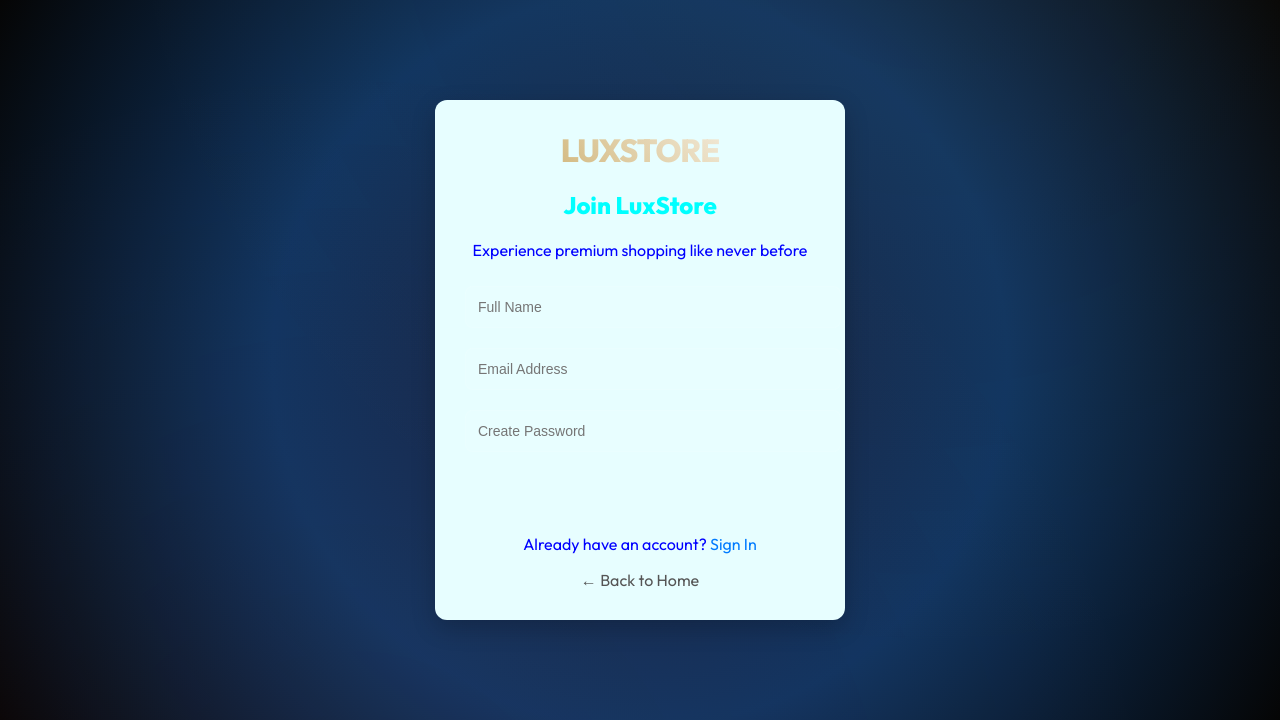
Repository: pradeepkumarh-17/Ecommerce
Page: http://localhost/EcomStore/views/auth/register.jsp
These files come from the project's save history. The page is drawn as it stood at one moment and after the next save; the edit follows.
The browser window is 1280 px wide. The pictures show the whole page.
Some web libraries are served in a nearby version. The page is served by Tomcat 10.

Above is the page before, as saved 2026-05-03 08:04:29.

After the next save:
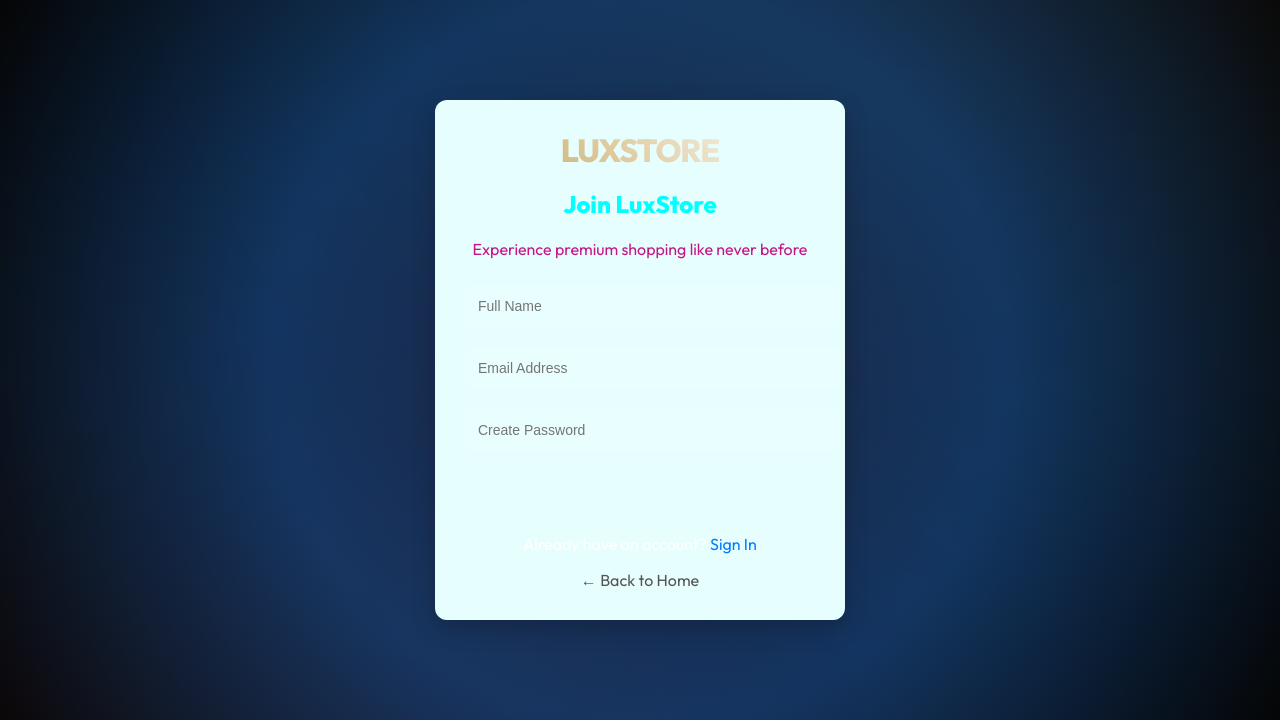
Saved 100 s later.
--- a/EcomStore/src/main/webapp/assets/css/auth.css
+++ b/EcomStore/src/main/webapp/assets/css/auth.css
@@ -68,7 +68,8 @@ body {
 }
 
 /* SWITCH LINK */
-.switch {
+.switch p{
+	color: #007bff;
     margin-top: 15px;
 }
 
@@ -90,7 +91,3 @@ body {
     color: red;
     margin-bottom: 10px;
 }
-
-.auth-box p{
-	color:blue;
-}
